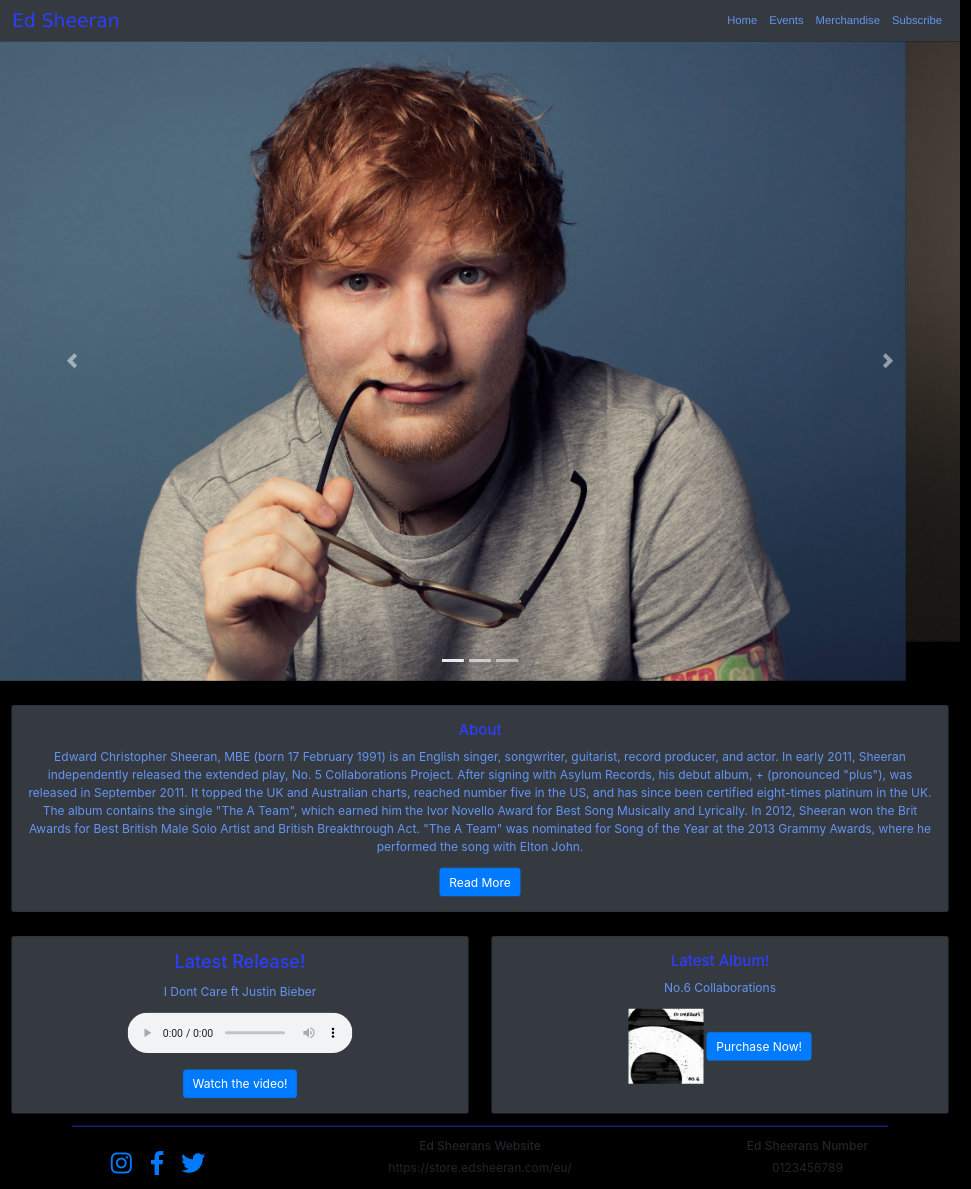
Repository: amit238/milestone-project-1
Page: index.html
The author's editor kept a record of every edit. The page is drawn from the files as they stood at one moment, then again after the next edit.
The browser window is 1280 px wide. The page is 1295 px wide, so the pictures cover 1295 px, including what lies to the right of the window. The pictures show the whole page, at 75% of full size.
Some web libraries are served in a nearby version.

Above is the page before.

### index.html
<!DOCTYPE html>
<html lang="en">

<head>
  <meta charset="UTF-8">
  <meta name="viewport" content="width=device-width, initial-scale=1.0">
  <meta http-equiv="X-UA-Compatible" content="ie=edge">
  <link rel="stylesheet" href="https://maxcdn.bootstrapcdn.com/bootstrap/4.2.1/css/bootstrap.min.css" type="text/css" />
  <link rel="stylesheet" href="https://use.fontawesome.com/releases/v5.0.10/css/all.css" integrity="sha384-+d0P83n9kaQMCwj8F4RJB66tzIwOKmrdb46+porD/OvrJ+37WqIM7UoBtwHO6Nlg" crossorigin="anonymous">
  <link rel="stylesheet" href="assets/css/style.css">
  <title>Ed Sheeran - User Centric Frontend Project</title>
</head>

<body>
  <nav class="navbar navbar-expand-lg navbar-dark bg-dark">
    <a class="edsheeran-brand">Ed Sheeran</a>
    <button type="button" class="navbar-toggler" data-toggle="collapse" data-target="#main-menu" aria-expanded="true">
                <span class="navbar-toggler-icon"></span>
            </button>
    <div id="main-menu" class="navbar-collapse collapse">
      <ul class="navbar-nav ml-auto">
        <li class="nav-item active"><a class="nav-link" href="index.html">Home</a></li>
        <li class="nav-item"><a class="nav-link" href="events.html">Events</a></li>
        <li class="nav-item"><a class="nav-link" href="merchandise.html">Merchandise</a></li>
        <li class="nav-item"><a class="nav-link" href="subscribe.html">Subscribe</a></li>
      </ul>
    </div>
  </nav>
  <div id="carouselExampleCaptions" class="carousel slide" data-ride="carousel">
    <ol class="carousel-indicators">
      <li data-target="#carouselExampleCaptions" data-slide-to="0" class="active"></li>
      <li data-target="#carouselExampleCaptions" data-slide-to="1"></li>
      <li data-target="#carouselExampleCaptions" data-slide-to="2"></li>
    </ol>
    <div class="carousel-inner">
      <div class="carousel-item active">
        <img class="d-block w-100" src="assets/images/wallpaper.jpg" alt="First Slide">
      </div>
      <div class="carousel-item">
        <img class="d-block w-100" src="assets/images/ed-sheeran-sitting-down.jpg" alt="Second Slide">
      </div>
      <div class="carousel-item">
        <img class="d-block w-100" src="assets/images/edsheeranwall.jpg" alt="Third Slide">
      </div>
    </div>
    <a class="carousel-control-prev" href="#carouselExampleCaptions" role="button" data-slide="prev">
    <span class="carousel-control-prev-icon" aria-hidden="true"></span>
    <span class="sr-only">Previous</span>
  </a>
    <a class="carousel-control-next" href="#carouselExampleCaptions" role="button" data-slide="next">
    <span class="carousel-control-next-icon" aria-hidden="true"></span>
    <span class="sr-only">Next</span>
  </a>
  </div>
  <div class="container-fluid">
    <div class="row">
      <div class="col-12">
        <div class="card about-card">
          <div class="card-body">
            <h5 class="card-title">About</h5>
            <p class="card-text">Edward Christopher Sheeran, MBE (born 17 February 1991) is an English singer, songwriter, guitarist, record producer, and actor. In early 2011, Sheeran independently released the extended play, No. 5 Collaborations Project. After signing with
              Asylum Records, his debut album, + (pronounced "plus"), was released in September 2011. It topped the UK and Australian charts, reached number five in the US, and has since been certified eight-times platinum in the UK. The album contains
              the single "The A Team", which earned him the Ivor Novello Award for Best Song Musically and Lyrically. In 2012, Sheeran won the Brit Awards for Best British Male Solo Artist and British Breakthrough Act. "The A Team" was nominated for Song
              of the Year at the 2013 Grammy Awards, where he performed the song with Elton John.</p>
            <a href="https://en.wikipedia.org/wiki/Ed_Sheeran" target="_blank" class="btn btn-primary">Read More</a>
          </div>
        </div>
      </div>
    </div>
    <div class="row">
      <div class="col-12 col-md-6">
        <div class="card audio-card">
          <div class="card-body">
            <h4 class="card-title">Latest Release!</h4>
            <p class="card-text">I Dont Care ft Justin Bieber</p>
            <p> <audio class="song" controls>
              <source src="assets/music/Ed_Sheeran_I_Dont_Care.mp3" type="audio/mpeg">
          </audio></p>
            <a href="https://www.youtube.com/watch?v=y83x7MgzWOA" target="_blank" class="btn btn-primary">Watch the video!</a>
          </div>
        </div>
      </div>
      <div class="col-12 col-md-6">
        <div class="card album-card">
          <div class="card-body">
            <h5 class="card-title">Latest Album!</h5>
            <p class="card-text">No.6 Collaborations</p>
            <img class="Album-img" src="assets/images/No.6-Image.png" alt="Album Cover" height="100" width="100">
            <a href="https://www.amazon.co.uk/No-6-Collaborations-Project-Ed-Sheeran/dp/B07S15WYZV" target="_blank" class="btn btn-primary">Purchase Now!</a>
          </div>
        </div>
      </div>
    </div>
  </div>
  <footer>
    <hr>
    <div class="row">
      <div class="col-sm-4">
        <ul class="list-inline social-links">
          <li class="list-inline-item"><a target="_blank" href="https://www.facebook.com"><i></i></a>
          </li>
          <li class="list-inline-item"><a href="https://www.instagram.com/teddysphotos/?hl=en"><i class="fab fa-instagram fa-2x fa-fw"></i></a>
            <li class="list-inline-item"><a href="https://en-gb.facebook.com/EdSheeranMusic"><i class="fab fa-facebook-f fa-2x fa-fw"></i></a>
              <li class="list-inline-item"><a href="https://twitter.com/edsheeran?lang=en"><i class="fab fa-twitter fa-2x fa-fw"></i></a>
              </li>
        </ul>
      </div>
      <div class="col-sm-4">
        <h6>Ed Sheerans Website</h6>
        <p>https://store.edsheeran.com/eu/</p>
      </div>
      <div class="col-sm-4">
        <h6>Ed Sheerans Number</h6>
        <p>0123456789</p>
      </div>
    </div>
  </footer>
  <script src="https://code.jquery.com/jquery-3.3.1.slim.min.js" integrity="sha384-q8i/X+965DzO0rT7abK41JStQIAqVgRVzpbzo5smXKp4YfRvH+8abtTE1Pi6jizo" crossorigin="anonymous"></script>
  <script src="https://cdnjs.cloudflare.com/ajax/libs/popper.js/1.14.6/umd/popper.min.js" integrity="sha384-wHAiFfRlMFy6i5SRaxvfOCifBUQy1xHdJ/yoi7FRNXMRBu5WHdZYu1hA6ZOblgut" crossorigin="anonymous"></script>
  <script src="https://stackpath.bootstrapcdn.com/bootstrap/4.2.1/js/bootstrap.min.js" integrity="sha384-B0UglyR+jN6CkvvICOB2joaf5I4l3gm9GU6Hc1og6Ls7i6U/mkkaduKaBhlAXv9k" crossorigin="anonymous"></script>
</body>

</html>

### assets/css/style.css
body {
    background-color: #000000;
}

/*--------------------NAVBAR--------------------*/

.navbar.navbar-expand-lg.navbar-dark.bg-dark .edsheeran-brand {
    color: #2E3EFF;
    font-family: Verdana, sans-serif;
    font-size: 25px;
    font-weight: 500;


}

.navbar.navbar-expand-lg.navbar-dark.bg-dark .nav-link {
    color: #6594F1;
    font-family: Helvetica, sans-serif;
    font-size: 15px;
    font-weight: 300;

}

/*--------------------INDEX--------------------*/

/*-------CAROUSEL--------*/

.size {
    width: 100%;
}

/*--------ABOUT--------*/

.about-card {
    margin-top: 2em;
    text-align: center;
    color: #2E3EFF;
    background-color: #343A40;
}


/*-------AUDIO-------*/

.audio-card {
    margin-top: 2em;
    text-align: center;
    color: #2E3EFF;
    background-color: #343A40;
}

/*--------ALBUM-------*/

.album-card {
    margin-top: 2em;
    text-align: center;
    color: #2E3EFF;
    background-color: #343A40;
    height: 14.8em;
}

.card-text {
    color: #6594F1;
}


/*--------------------MEDIA QUERIES_INDEX--------------------*/

/*@media screen and (min-width: 1380px) {*/

@media only screen and (max-width: 1380px) {}

/*@media only screen and (max-width: 576px) {}*/

/*--------------------FOOTER--------------------*/

footer {
    text-align: center;
}

hr {
    background: #2E3EFF;
    width: 85%;
}

.footer-header {
    color: #2E3EFF;
    margin-top: 1em;
}

.list-inline {
    margin-top: 1em;
}

.footer-p {
    color: #6594F1;
}

/*-------------------------Events-------------------------*/
.events-left {
    text-align: left;
    margin: 0;
    padding: 0;
}


.events-center {
    text-align: center;
}

.events-leeds {
    background-image: url("../../roundhay-park.png");
    background-repeat: no-repeat;
    background-position: top;
}


.events-london {
    background-image: url("../../wembley-stadium.png");
    background-repeat: no-repeat;
}

.events-ipswich {
    background-image: url("../../");
    background-repeat: no-repeat;
}

.events-madrid {
    background-image: url("../../");
    background-repeat: no-repeat;
}

.events-lyon {
    background-image: url("../../");
    background-repeat: no-repeat;
}

.events-lisbon {
    background-image: url("../../");
    background-repeat: no-repeat;
}

/*-------------------------Merchandise-------------------------*/

.card-title {
    color: #2E3EFF;
}

.card-merch {
    background-color: #343A40;
    text-align: center;
}

.merchandise {
    text-align: center;
    color: #2E3EFF;
    font-weight: 600;
    margin: 1em;
}

.best-sellers {
    text-align: center;
    color: #6594F1;
    font-weight: 400;
    margin: 1em;
}

.latest-release {
    text-align: center;
    color: #6594F1;
    font-weight: 400;
    margin: 1em;
}

@media only screen and (max-width: 768px) {
    .card-merch {
        margin: 1em;
    }
}


/*-------------------------Subscribe-------------------------*/

/*.subscribe {*/

/*    text-align: center;*/

/*    color: #2E3EFF;*/

/*    font-weight: 600;*/

/*    margin-top: 1em;*/

/*}*/

.sub-background {
    background-image: url("../../ed-sheeran-singing.jpg");
    background-repeat: no-repeat;
    background-position: top;
    opacity: 0.5;
    height: 55em;
}

.sub-form {
    margin-top: 16em;
}

.form {
    padding: 1em;
}

.sub-btn {
    text-align: center;
    padding-bottom: 1em;
}

.sub-head {
    text-align: center;
    font-size: 50px;
    padding: 40px;
    margin-top: 5em;
    background-color: #2E3EFF;
}

.sub-para {
    text-align: center;
    font-size: 25px;
}

.sub-background2 {
    background-image: url("../../ed-sheeran-guitar.jpg");
    background-repeat: no-repeat;
    background-position: top center;
    opacity: 0.5;
    height: 55em;
}

.sub-issue {
    text-align: center;
    font-size: 22px;
    margin-top: 17em
}

.sub-li {
    text-align: center;
    font-size: 22px;
    margin-top: 13em
}

.sub-map {
    text-align: center;
    margin-top: 17em;
}

.phone-li {
    margin: 1em;
}

.email-li {
    margin: 1em;
}

.mail-li {
    margin: 1em;
}

.sub-footer {
    margin-top: 2em;
}


@media only screen and (max-width: 768px) {
    .sub-form {
        margin-top: 0em;
    }
    .sub-head {
        margin-top: 0em;
    }
    .form {
        padding-bottom: 2em;
    }
}

@media only screen and (max-width: 1200px) {
    .sub-background2 {
        height: 60em;
    }
    .sub-issue {
        margin-top: 1em
    }
    .sub-li {
        margin-top: 1em;
    }
    .sub-map {
        margin-top: 1em
    }
}

@media only screen and (max-width: 435px) {
    .sub-map {
        display: none;
    }
}

@media only screen and (max-width: 352px) {
    .form {
        padding-bottom: 1em;
    }

    .sub-btn {
        padding-bottom: 0em;
    }
}

.sub-background:hover {
    opacity: 1;
    transition-duration: 2s;
    /*transition-timing-function: ease-in;*/
}

.sub-background2:hover {
    opacity: 1;
    transition-duration: 2s;
    /*transition-timing-function: ease-in;*/
}

After the next edit:
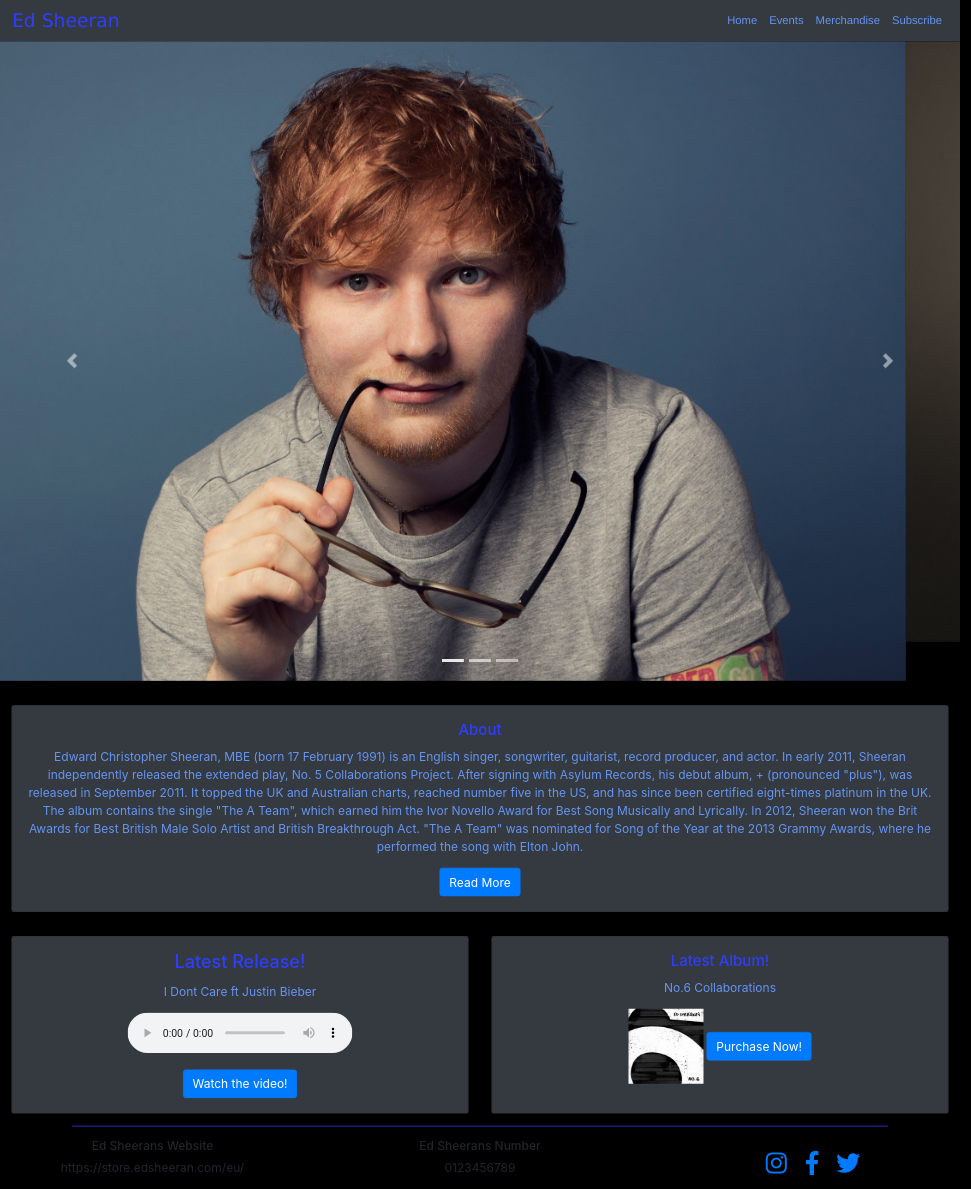
The edit:
--- a/index.html
+++ b/index.html
@@ -96,6 +96,14 @@
     <hr>
     <div class="row">
       <div class="col-sm-4">
+        <h6>Ed Sheerans Website</h6>
+        <p>https://store.edsheeran.com/eu/</p>
+      </div>
+      <div class="col-sm-4">
+        <h6>Ed Sheerans Number</h6>
+        <p>0123456789</p>
+      </div>
+      <div class="col-sm-4">
         <ul class="list-inline social-links">
           <li class="list-inline-item"><a target="_blank" href="https://www.facebook.com"><i></i></a>
           </li>
@@ -105,14 +113,6 @@
               </li>
         </ul>
       </div>
-      <div class="col-sm-4">
-        <h6>Ed Sheerans Website</h6>
-        <p>https://store.edsheeran.com/eu/</p>
-      </div>
-      <div class="col-sm-4">
-        <h6>Ed Sheerans Number</h6>
-        <p>0123456789</p>
-      </div>
     </div>
   </footer>
   <script src="https://code.jquery.com/jquery-3.3.1.slim.min.js" integrity="sha384-q8i/X+965DzO0rT7abK41JStQIAqVgRVzpbzo5smXKp4YfRvH+8abtTE1Pi6jizo" crossorigin="anonymous"></script>
